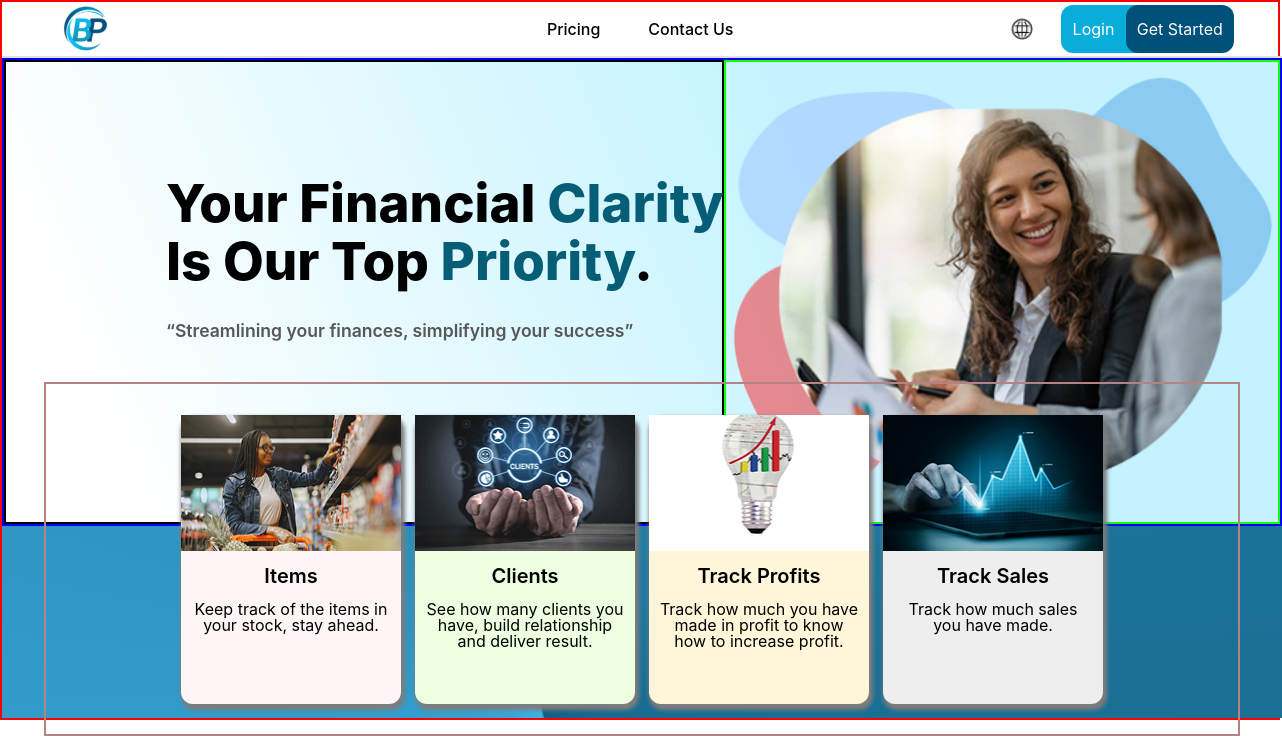
Repository: dark-txch/Bizpadi
Page: /
These files come from the project's save history. The page is drawn as it stood at one moment and after a run of saves; the edit follows.
The browser window is 1280 px wide. The page is 1282 px wide, so the pictures cover 1282 px, including what lies to the right of the window. The pictures show the whole page.
The project was rebuilt for these pictures with package versions that can differ from the ones it lists, and the page was loaded fresh each time. Also part of the build but not shown: vite.config.js, src/components/ErrorBoundary.jsx, src/components/LandingPage/PricingPage/Pricing.jsx, src/components/LandingPage/LogInPage/LogIn.jsx.

Above is the page before, as saved 2025-04-07 10:17:00.

After the next 2 saves:
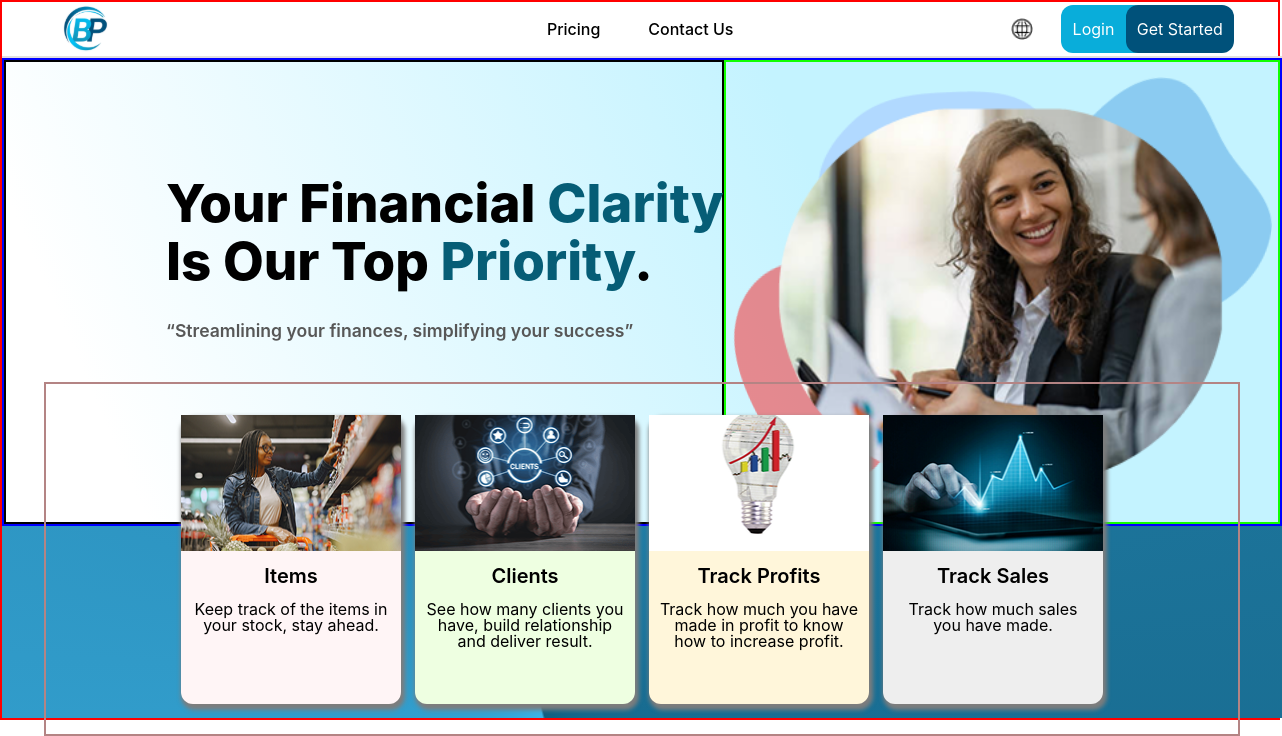
The 2 saves are shown as one change because they came seconds apart.
The last was saved 7 s later.
--- a/src/App.css
+++ b/src/App.css
@@ -187,7 +187,7 @@
 	width: 15rem;
 	height: 11rem;
 	opacity: 0.63;
-	transform: translate(-9rem, -1rem);
+	transform: translate(-4rem, -1rem);
 
 	/* border: 2px solid green; */
 }
